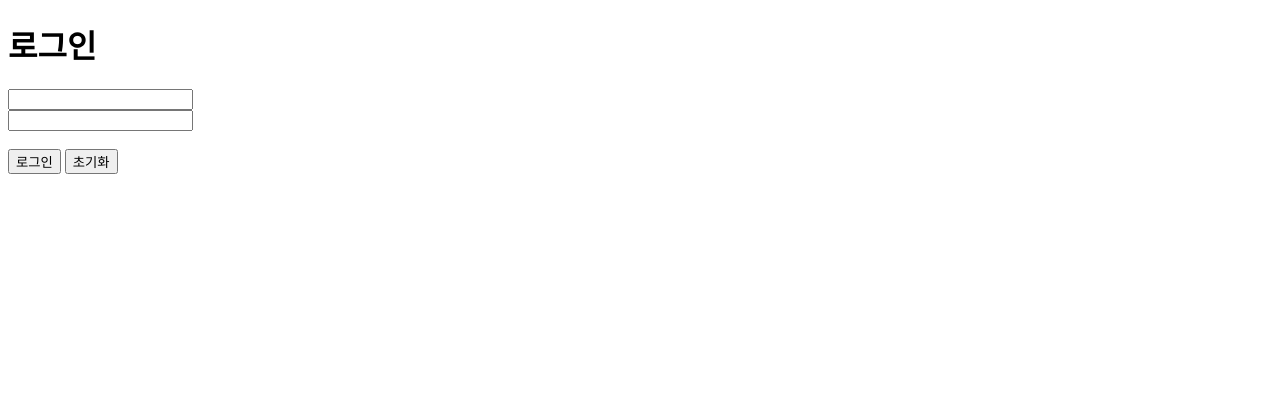
Repository: MacTechIN/springboot
Page: workspace/Tutorials/Tutor01/src/main/webapp/WEB-INF/views/login.html
An editor plug-in stored every save of this project. The page is shown before and after the next save, followed by the edit.
The browser window is 1280 px wide. The pictures show the whole page.

Above is the page before, as saved 2023-12-07 05:43:15.

After the next save:
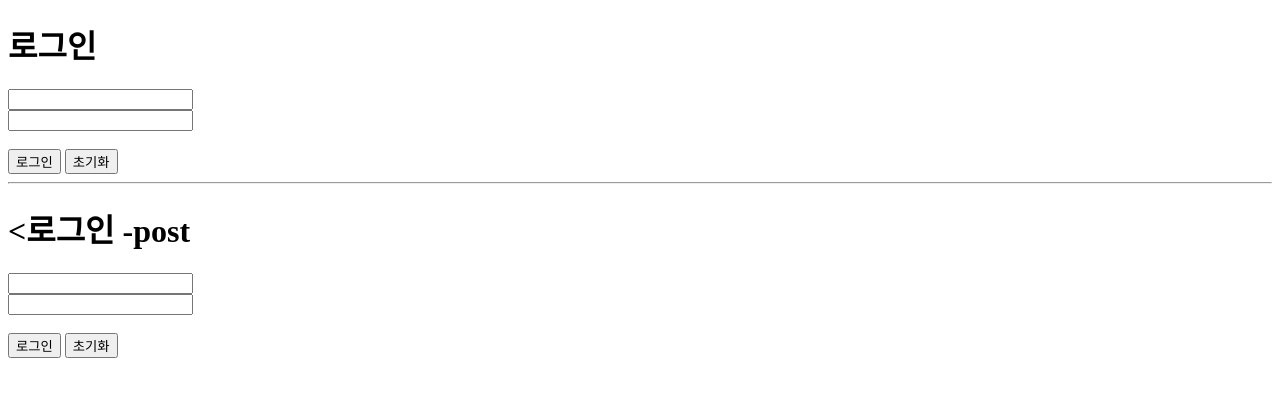
Saved 8 min 30 s later.
--- a/workspace/Tutorials/Tutor01/src/main/webapp/WEB-INF/views/login.html
+++ b/workspace/Tutorials/Tutor01/src/main/webapp/WEB-INF/views/login.html
@@ -11,8 +11,15 @@
 		<label> <input name="pwd"></label> <br><br>
 		<input type="submit" value="로그인">
 		<input type= "reset" value="초기화">
+	</form>
 
-
+	<hr>
+	<h1><로그인 -post</h1>
+	<form method ="POST" action = "login.do">
+		<label> <input name="uid"></label> <br>
+		<label> <input name="pwd"></label> <br><br>
+		<input type="submit" value="로그인">
+		<input type= "reset" value="초기화">
 	</form>
 
 </body>
